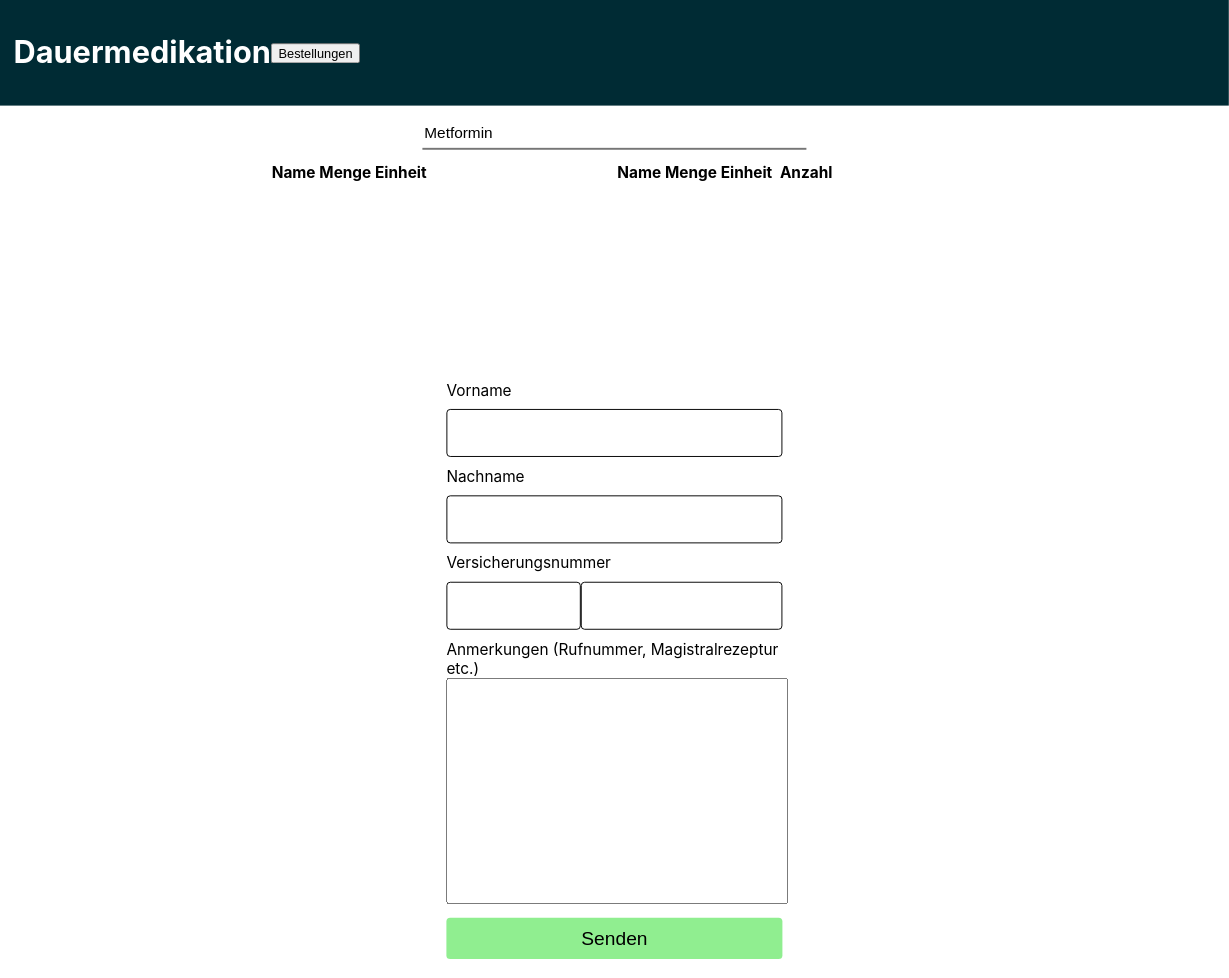
Repository: Esatollah/MedDemo
Page: / (app in client/)
These files come from the project's save history. The page is drawn as it stood at one moment and after a run of saves; the edit follows.
The browser window is 1280 px wide. The pictures show the whole page, at 96% of full size.
The page's requests for data from a server got no answer. The project was rebuilt for these pictures with package versions that can differ from the ones it lists, and the page was loaded fresh each time. No one was signed in, and anything a server would have sent is missing. Also part of the build but not shown: client/src/Routes/Bestellungen.jsx.

Above is the page before, as saved 2022-06-10 17:54:15.

After the next 2 saves:
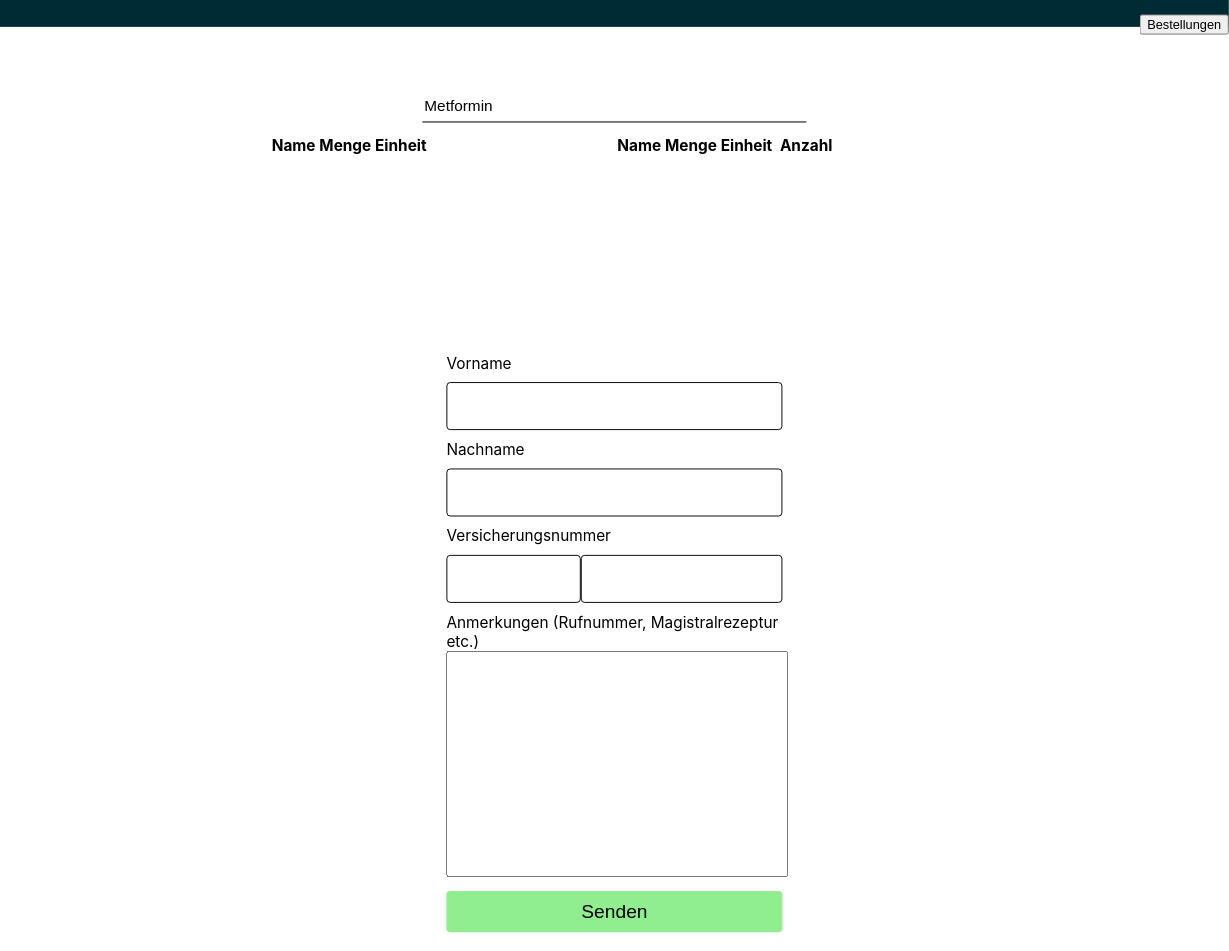
The 2 saves are shown as one change because they came seconds apart.
The last was saved 101 s later.
--- a/client/src/Styles/NavbarStyles.js
+++ b/client/src/Styles/NavbarStyles.js
@@ -5,11 +5,12 @@
     padding: 14px 0;
     background-color: #002b34;
     margin-bottom: 14px;
-    display:flex;
+    /* display:flex; */
     align-items: center;
     h1 {
         margin-left: 14px;
-        color: #fff
+        color: #fff;
+        float:left;
     }
 
     .nav {

After the save that followed:
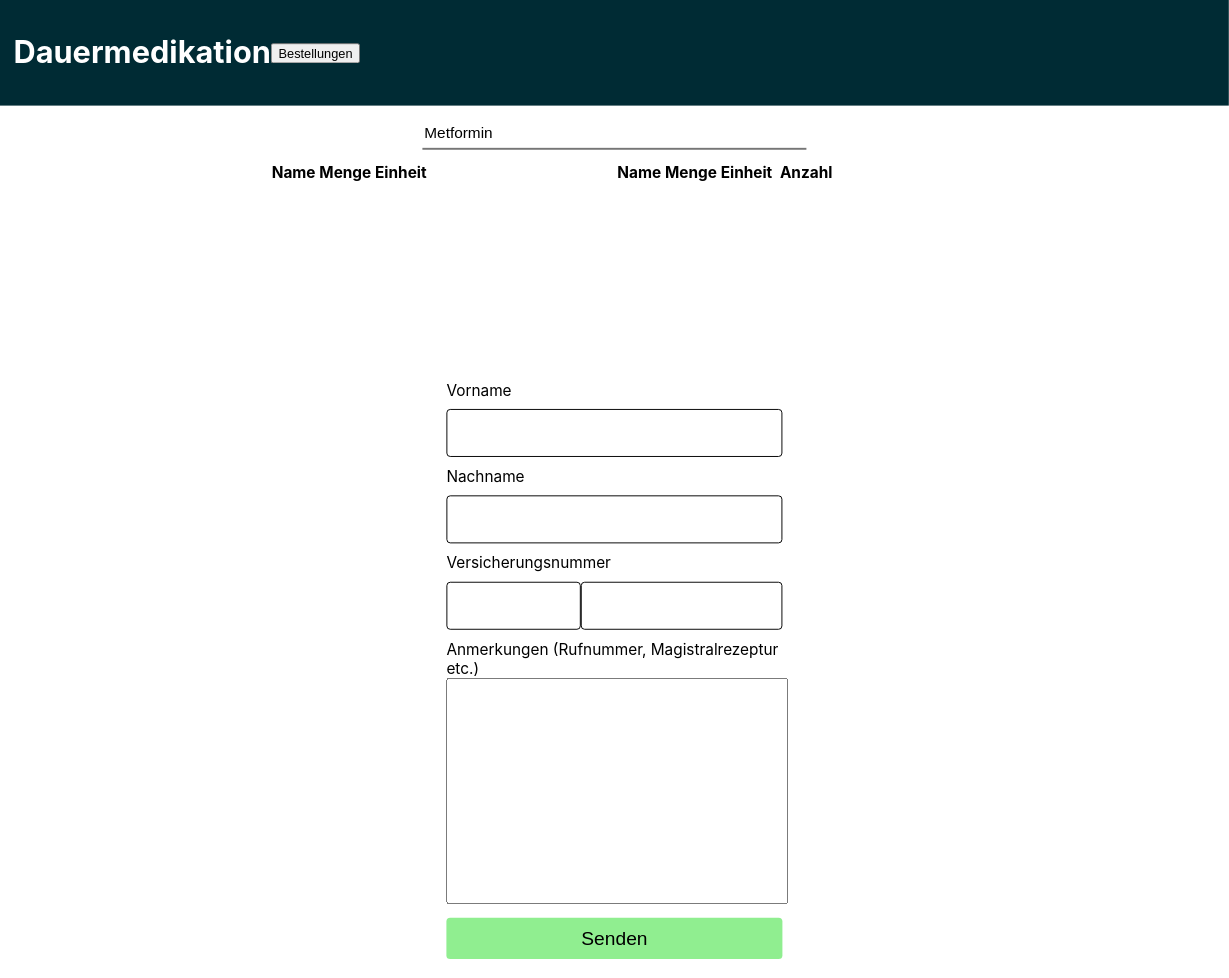
Saved 5 s later.
--- a/client/src/Styles/NavbarStyles.js
+++ b/client/src/Styles/NavbarStyles.js
@@ -5,7 +5,7 @@
     padding: 14px 0;
     background-color: #002b34;
     margin-bottom: 14px;
-    /* display:flex; */
+    display:flex;
     align-items: center;
     h1 {
         margin-left: 14px;
